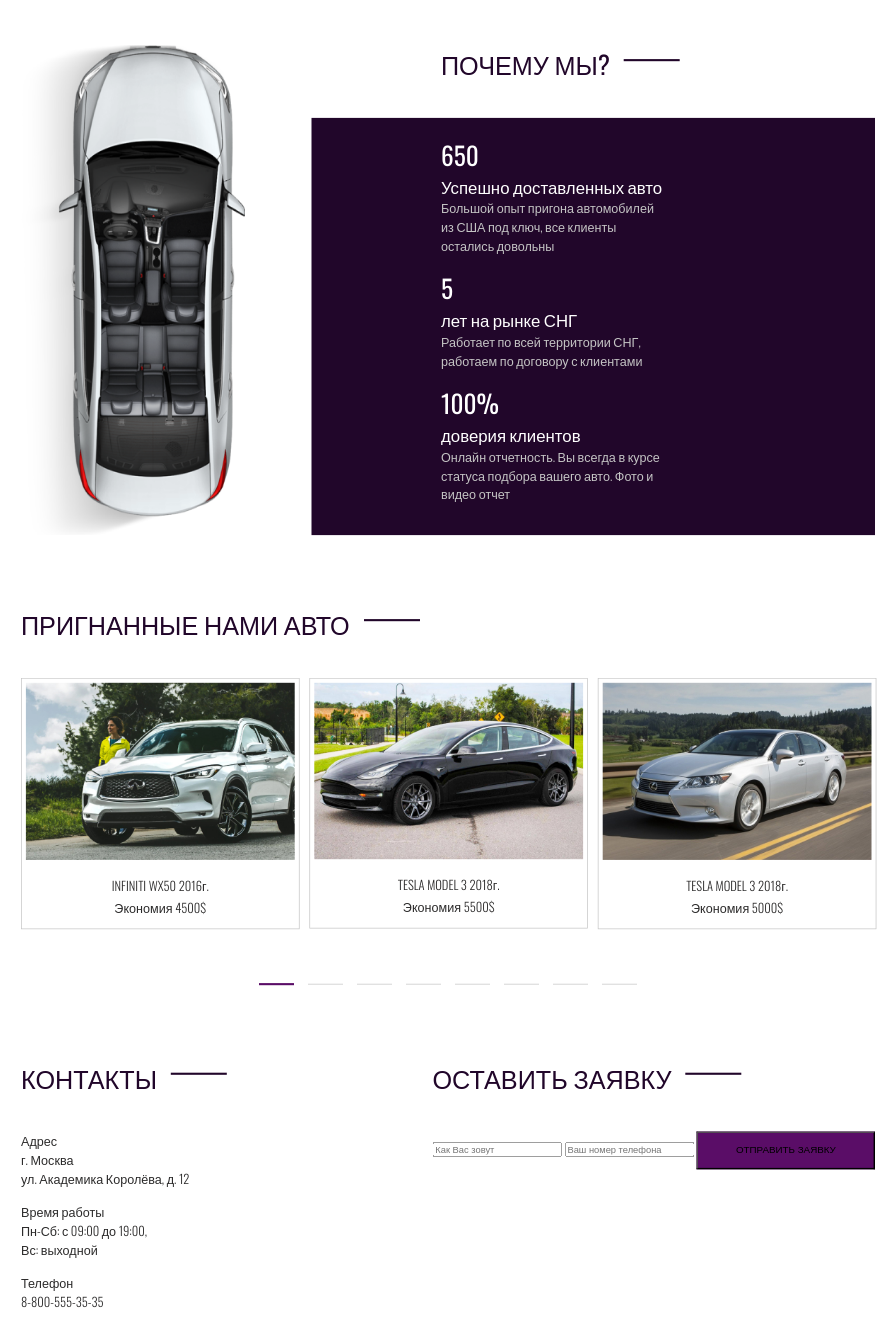
Repository: AlexandrLewandowski/site-1
Page: index.html
The author's editor kept a copy of each file at every save. The page is drawn from the files as they stood at one save, then again after the next save.
The browser window is 1280 px wide. The pictures show the part of the page from y = 1928 to 3848 px (the page is 3821 px tall before and 3848 px after), at 70% of full size.

Above is the page before, as saved 2024-05-06 21:31:40.

After the next save:
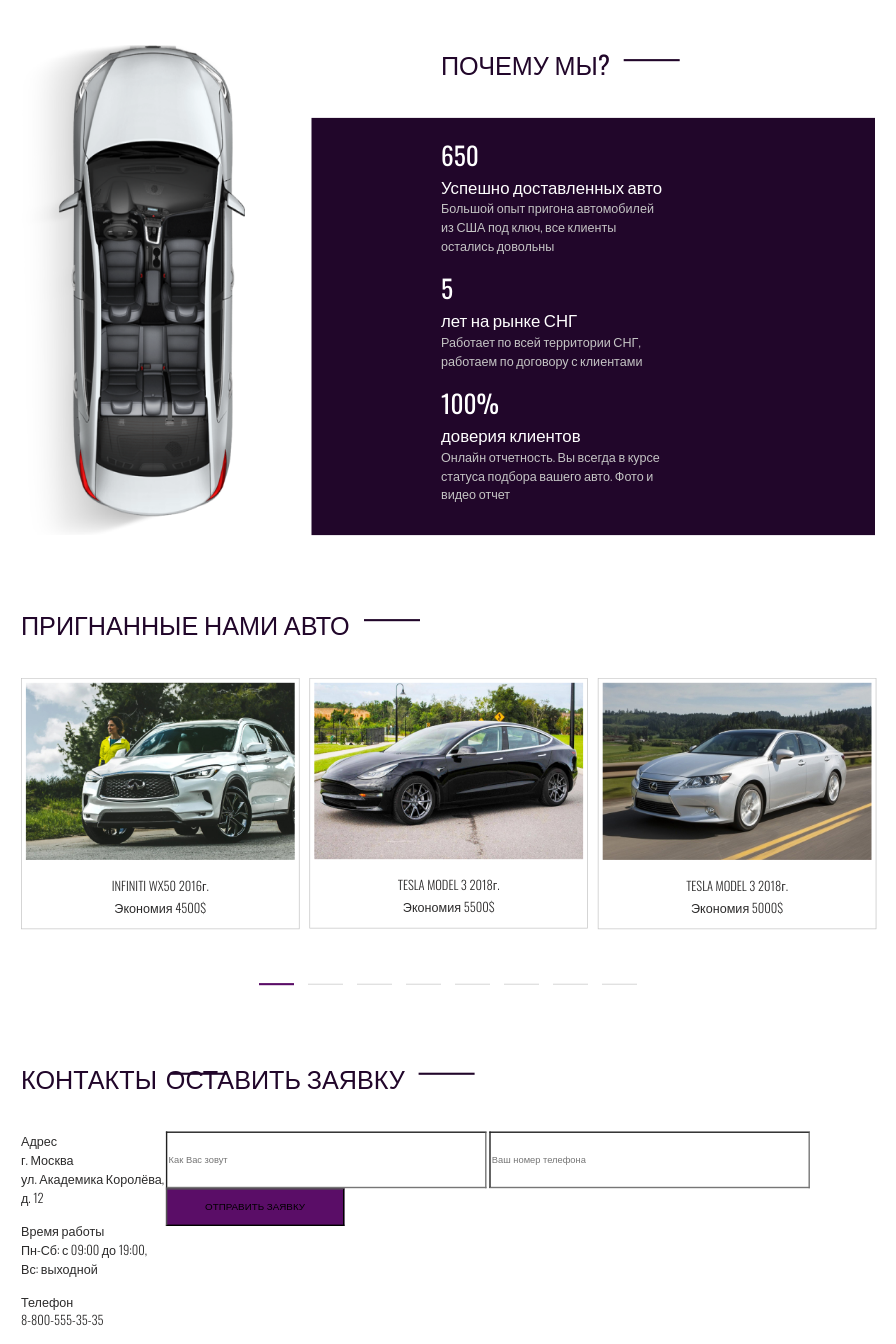
Saved 39 s later.
--- a/css/style.css
+++ b/css/style.css
@@ -360,4 +360,8 @@
     background-color: #fff;
 }
 
-.contacts__title {}
+.contacts__input {
+    background-color: transparent;
+    width: 450px;
+    height: 75px;
+}
